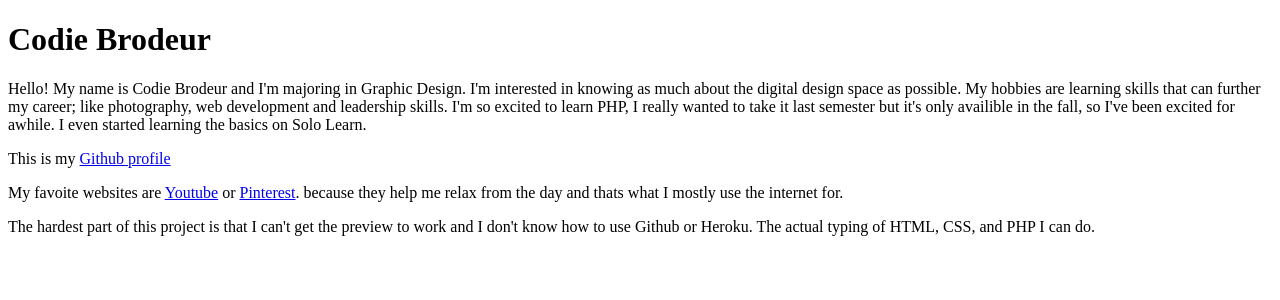
Repository: codieb1997/cosw30
Page: http://localhost/labwork/lab1.php
The author's editor kept a record of every edit. The page is drawn from the files as they stood at one moment, then again after the next edit.
The browser window is 1280 px wide. The pictures show the whole page.
The page is run by PHP 8.4 with error messages shown; the project is at /var/www/html/.

Above is the page before.

After the next edit:
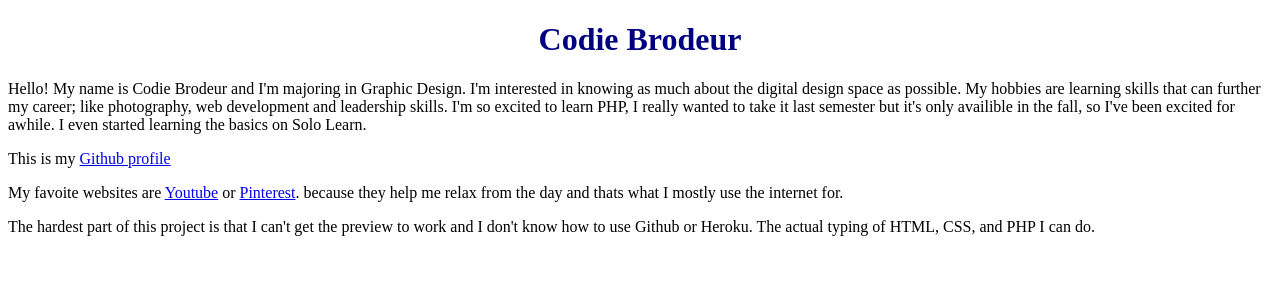
The edit:
--- a/labwork/lab1.php
+++ b/labwork/lab1.php
@@ -4,7 +4,8 @@
         <title>Labwork 1: Hello World</title>
         <style>
         h1{
-
+            text-align: center;
+            color: navy;
         }
         </style>
     </head>
